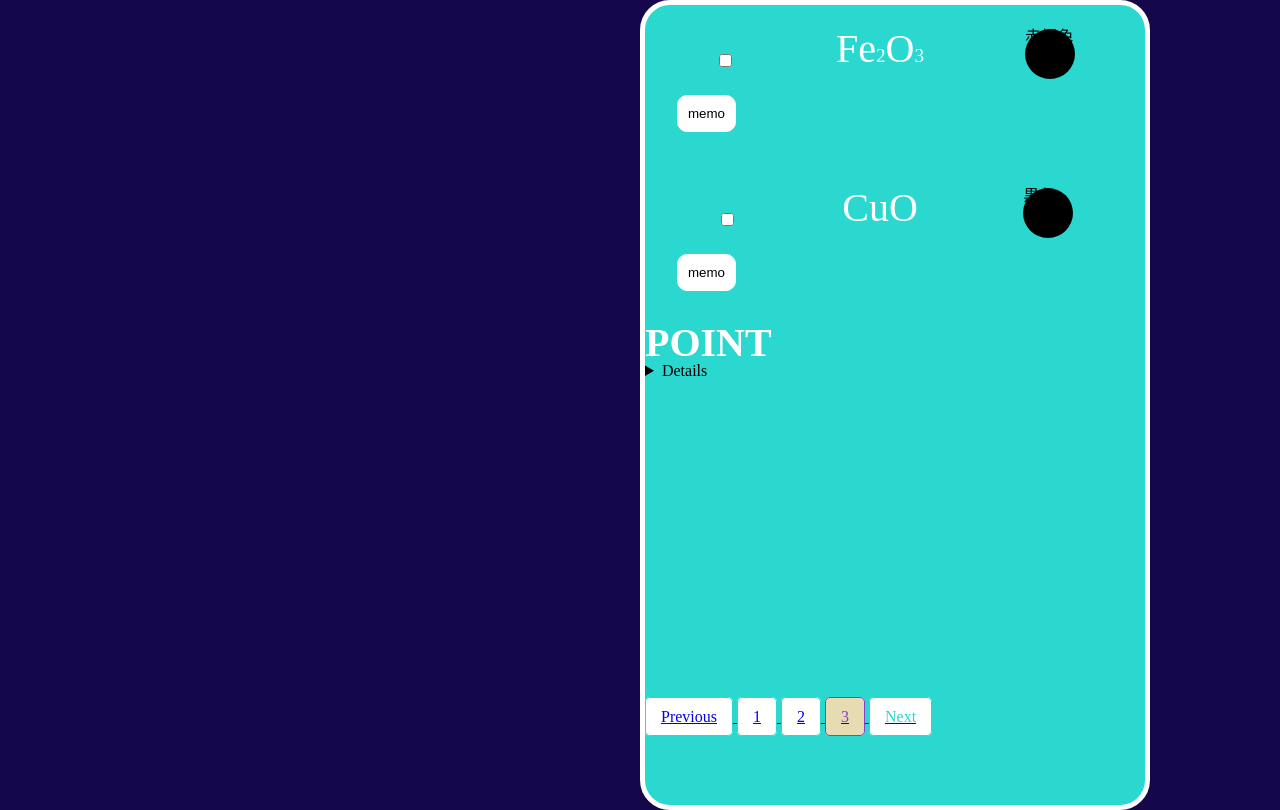
Repository: 1000sky/Inorganic_chemistry_application
Page: http://localhost/index6
These files come from the project's save history. The page is drawn as it stood at one moment and after the next save; the edit follows.
The browser window is 1280 px wide. The pictures show the whole page.
The page is served by the project's Laravel application, run on PHP 8.4 with Laravel 8. Other server files are loaded and not shown.

Above is the page before, as saved 2022-07-16 16:01:51.

### application/routes/web.php
<?php

use Illuminate\Support\Facades\Route;

/*
|--------------------------------------------------------------------------
| Web Routes
|--------------------------------------------------------------------------
|
| Here is where you can register web routes for your application. These
| routes are loaded by the RouteServiceProvider within a group which
| contains the "web" middleware group. Now create something great!
|
*/

Route::get('/home', function () {
    return view('welcome');
});

Route::get('/dashboard', function () {
    return view('dashboard');
})->middleware(['auth'])->name('dashboard');

require __DIR__.'/auth.php';



Route::get('/', function () {
    return view('index');
});

Route::get('/start', function () {
    return view('start');
})->middleware('auth');

Route::get('/explanation', function () {
    return view('explanation');
});

Route::get('/index2', function () {
    return view('index2');
});

Route::get('/index3', function () {
    return view('index3');
});

Route::get('/index4', function () {
    return view('index4');
});

Route::get('/index5', function () {
    return view('index5');
});

Route::get('/index6', function () {
    return view('index6');
});

Route::get('/index7', function () {
    return view('index7');
});

### application/resources/views/index6.blade.php
<!DOCTYPE html>
<html lang="ja">
<head>
    <meta charset="UTF-8">
    <meta name="viewport" content="width=device-width, initial-scale=1.0">
    <meta http-equiv="X-UA-Compatible" content="ie=edge">
    <title>Inorganic_chemistry_application</title>
    <link rel="stylesheet" href="css/reset.css" >
    <link rel="stylesheet" href="css/index.css" />

    <script language="JavaScript"><!--
      function setTF(fObj,vType)
      {
        fObj.style.visibility = vType;
      }
       --></script>
</head>
<body>
    <div class=card>
 {{-- 修正まだ --}}
        <div class=memorize>
          <input type="checkbox" class=checkbox name="">
          <div class=Chemical-formula>Fe<span>2</span>O<span>3</span></div>
          <div class=circle>赤褐色</div>
        </div>
        <form>
          <input type="button" class=button name="" value="memo" onClick="setTF(this.form.text1,'visible')">
          <input type="text" name="text1" style="visibility:hidden"><br>
        </form>
        <br>
        <br>


        <div class=memorize>
          <input type="checkbox" class=checkbox name="">
          <div class=Chemical-formula>CuO</div>
          <div class=circle>黒色</div>

        </div>
        <form>
          <input type="button" class=button name="" value="memo" onClick="setTF(this.form.text1,'visible')">
          <input type="text" name="text1" style="visibility:hidden"><br>
        </form>
        <br>
        <br>





      <div>
        <h3 class=point>POINT</h3>
       <details>

       </details>


     </div>



     <ul class="page">
       <li><a href="/index2">Previous</li>
       <li><a href="/">1</li>
       <li><a href="/index2">2</li>
       <li class="this">3</li>
       <li>Next</li>
       </ul>

     </div>


    </div>

</body>

### application/public/css/index.css
body {
    background-color: rgb(20, 8, 75);
}

.card {
  position: relative;
  top: 50%;
  left: 50%;
  width: 500px;
  height: 800px;

  background-color: rgb(42, 216, 208);
  border: solid 5px white;
  border-radius: 30px;
}
.checkbox{
    margin-top: 1rem;

}
.memorize{
  padding: 1.5rem 1.2rem 0;
  display: flex;
  justify-content: space-around;
}

.Chemical-formula {
    color: white;
    font-size: 2.5rem;
}

.circle{
  width: 50px;
  height: 50px;
  background: black;
  border-radius: 50%;

}
.circle:hover{
    background-color: white;

}

.button{

    margin: 1rem 0 0 2rem;
    border-radius: 10px;
    border: solid 1px white;
    background-color: white;
    padding: 10px;
}

span {
  font-size: 1.2rem;
}

.point {
   color: white;

  font-size: 2.5rem;
}



.page{
  text-align: center;
  position: absolute;
  bottom: 10%;




}

.page li{
  display: inline;
  padding:10px 15px;
  border:solid 1px ;
  border-radius: 5px ;
  color: rgb(42, 216, 208);
  background-color: white;
  text-decoration: none;

}



.page li a:hover {
  background-color: rgb(255, 231, 51);
  text-decoration: none;
}



.page .this {
  background-color:rgb(231, 219, 177);
  color:rgb(140, 59, 206);
  text-decoration: none;
}

#point {

  margin: 0 auto;
  cursor: pointer;
  width: 450px;
  text-align: center;
  border: 1px solid white;
  border-radius: 5px ;
}

#point-text {


  color: white;
}

Loaded but not shown: application/routes/auth.php (common file); application/public/css/reset.css (common file)

After the next save:
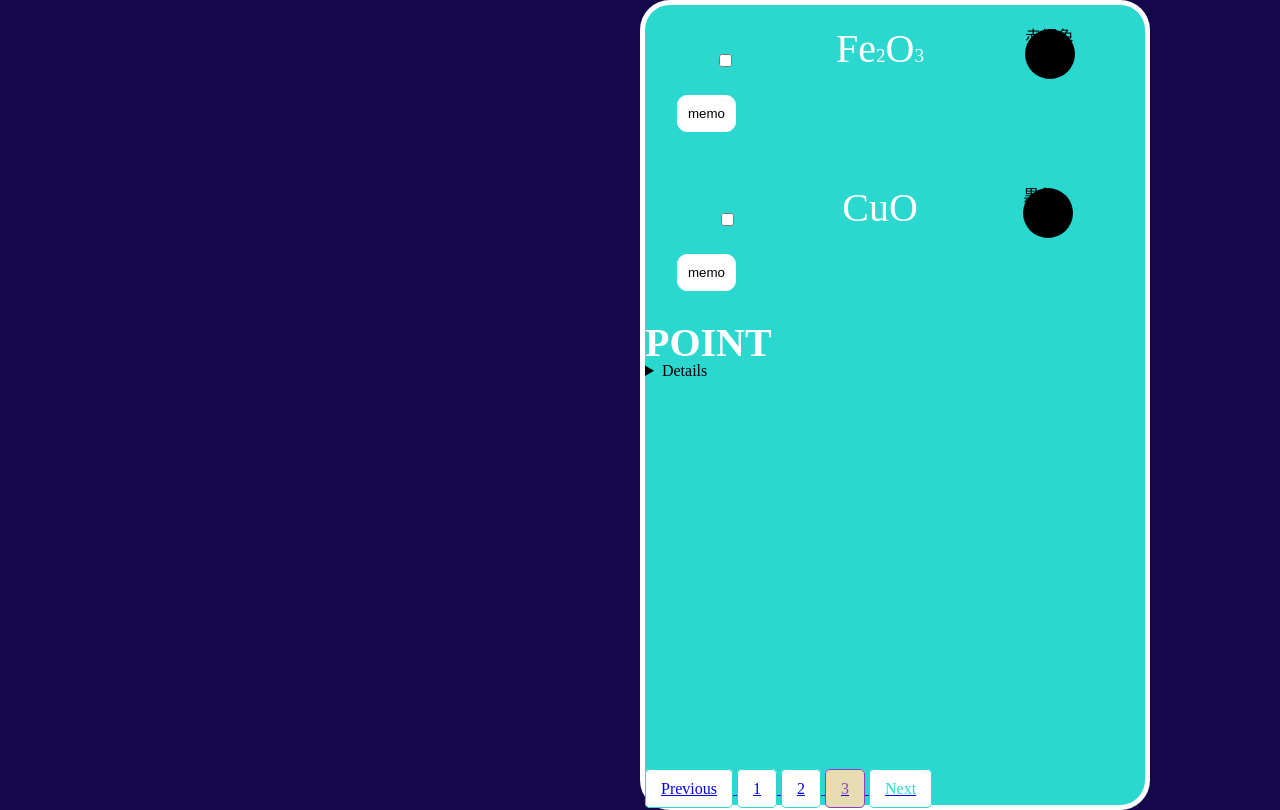
Saved 23 s later.
--- a/application/public/css/index.css
+++ b/application/public/css/index.css
@@ -64,7 +64,8 @@ span {
 .page{
   text-align: center;
   position: absolute;
-  bottom: 10%;
+
+  bottom: 1%;
 
 
 
